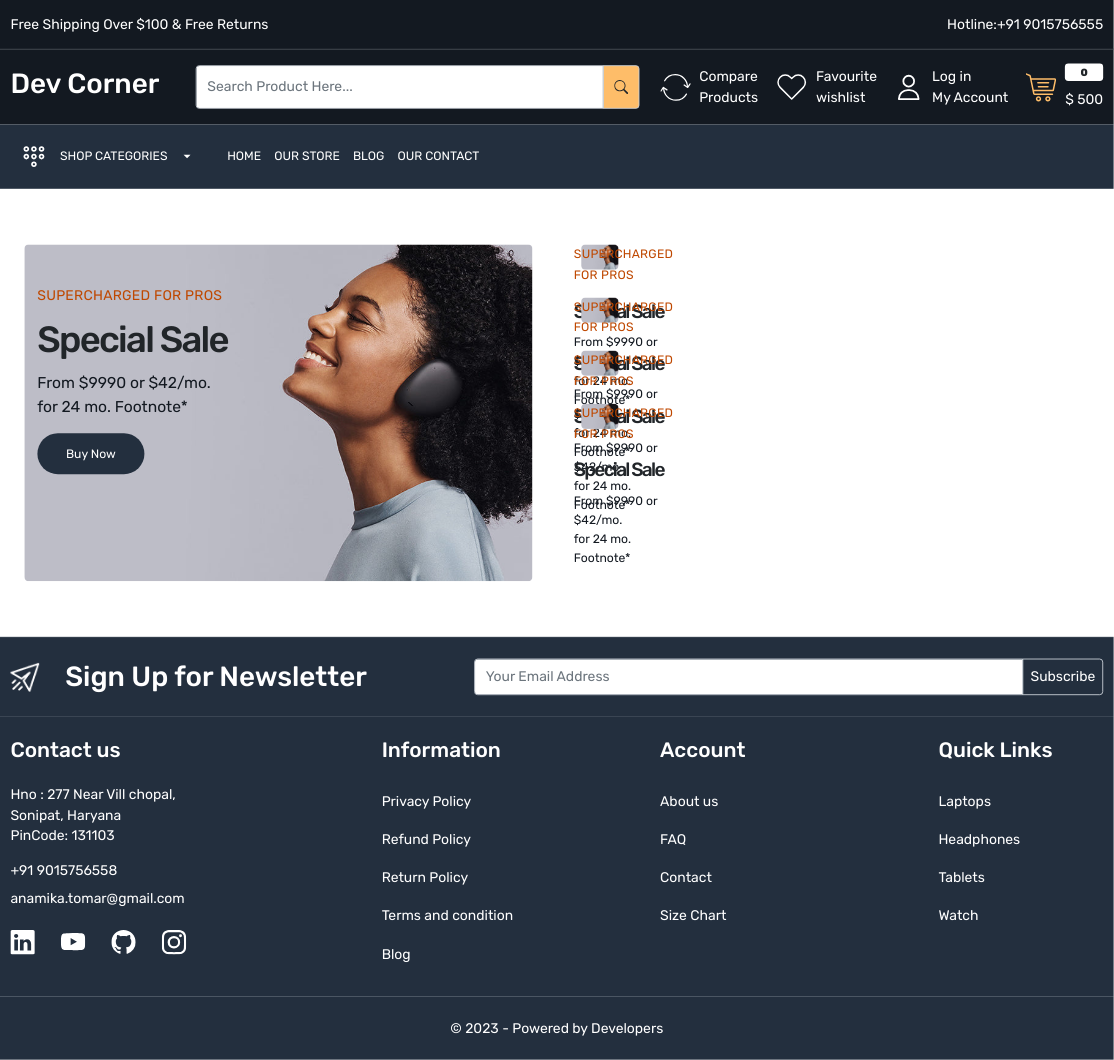
Repository: anamikatomar21/demo
Page: /
An editor plug-in stored every save of this project. The page is shown before and after a run of saves, followed by the edit.
The browser window is 1280 px wide. The pictures show the whole page, at 87% of full size.
The project was rebuilt for these pictures with package versions that can differ from the ones it lists, and the page was loaded fresh each time. Also part of the build but not shown: src/pages/About.js, src/pages/Contact.js.

Above is the page before, as saved 2023-05-14 20:54:18.

After the next 4 saves:
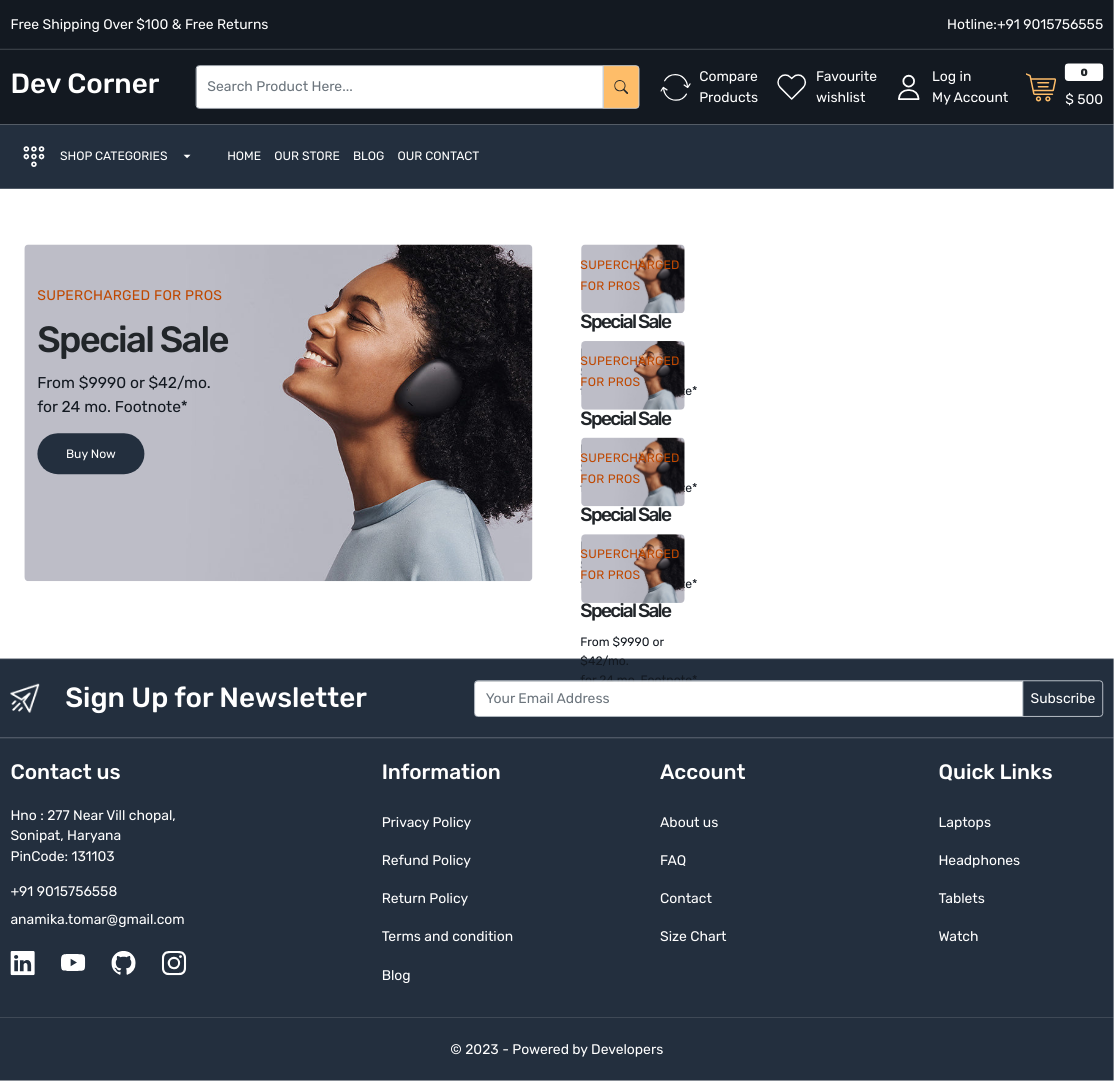
The 4 saves are shown as one change because they came seconds apart.
The last was saved 18 s later.
--- a/src/pages/Home.js
+++ b/src/pages/Home.js
@@ -27,7 +27,7 @@
             </div>
 
             <div className="col-6">
-              <div className="col-3">
+              <div className="col-6">
                 <div className="small-banner p-3 position-relative">
                   <img
                     src="/images/images/main-banner.jpg"
@@ -45,7 +45,7 @@
                   </div>
                 </div>
               </div>
-              <div className="col-3">
+              <div className="col-6">
                 <div className="small-banner p-3 position-relative">
                   <img
                     src="/images/images/main-banner.jpg"
@@ -63,7 +63,7 @@
                   </div>
                 </div>
               </div>
-              <div className="col-3">
+              <div className="col-6">
                 <div className="small-banner p-3 position-relative">
                   <img
                     src="/images/images/main-banner.jpg"
@@ -81,7 +81,7 @@
                   </div>
                 </div>
               </div>
-              <div className="col-3">
+              <div className="col-6">
                 <div className="small-banner p-3 position-relative">
                   <img
                     src="/images/images/main-banner.jpg"
